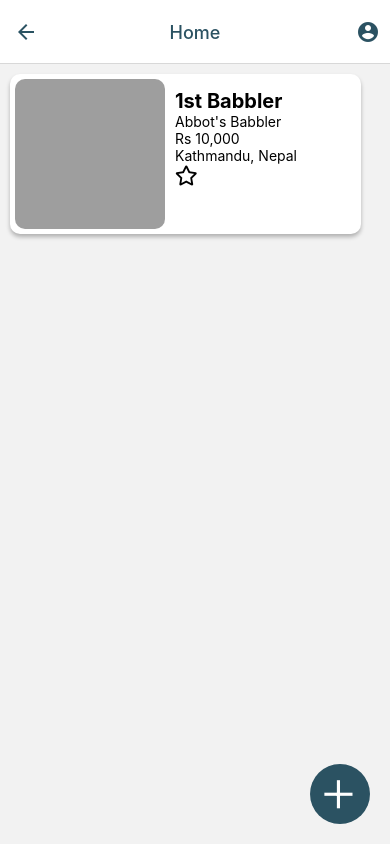
Repository: SaudCh/Expo-Pethub
Screen: /Home
An editor plug-in stored every save of this project. The screen is shown before and after the next save, followed by the edit.
Pictures or frames that could not be fetched are drawn as grey boxes. The app was drawn by React Native's web renderer in a window 390 px wide. The project was rebuilt for these pictures with package versions that can differ from the ones it lists, and the page was loaded fresh each time. Also part of the build but not shown: Screens/Signup.js, Screens/Profile.js, Screens/UpdateProfile.js, Screens/ForgetPassword.js, Screens/Add.js.

Above is the screen before, as saved 2022-11-15 01:04:43.

After the next save:
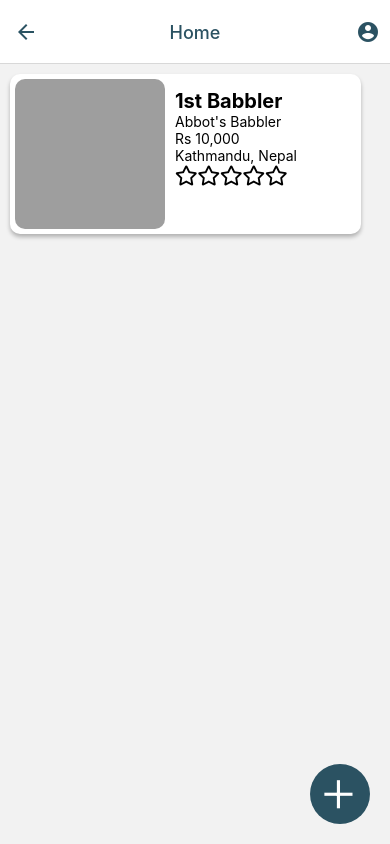
Saved 7 s later.
--- a/Screens/Card.js
+++ b/Screens/Card.js
@@ -19,6 +19,10 @@ export default function Card() {
                     <Text style={{ ...styles.text }}>Rs 10,000</Text>
                     <Text style={{ ...styles.text }}>Kathmandu, Nepal</Text>
                     <View style={{ flexDirection: "row" }}>
+                        <FontAwesome5 name="star" size={20} color="black" />
+                        <FontAwesome5 name="star" size={20} color="black" />
+                        <FontAwesome5 name="star" size={20} color="black" />
+                        <FontAwesome5 name="star" size={20} color="black" />
                         <FontAwesome5 name="star" size={20} color="black" />
                     </View>
                 </View>
